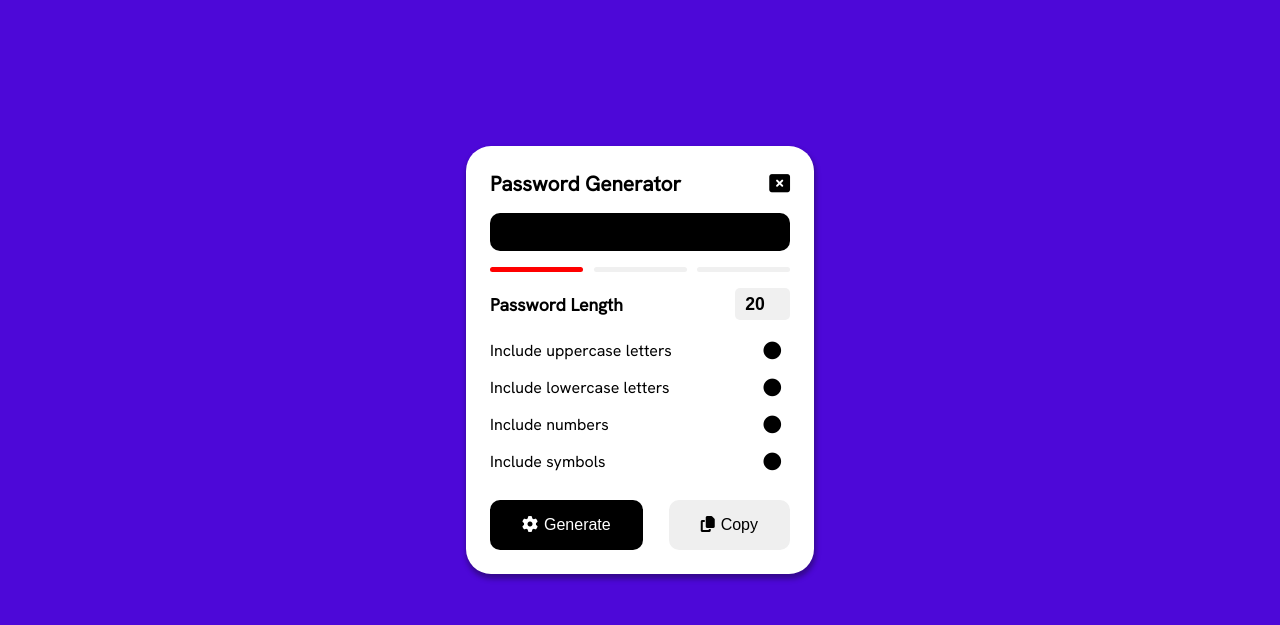
Repository: emiliaiwu/password_generator
Page: index.html
These files come from the project's save history. The page is drawn as it stood at one moment and after the next save; the edit follows.
The browser window is 1280 px wide. The pictures show the whole page.
Some web libraries are served in a nearby version.

Above is the page before, as saved 2022-12-17 21:15:04.

After the next save:
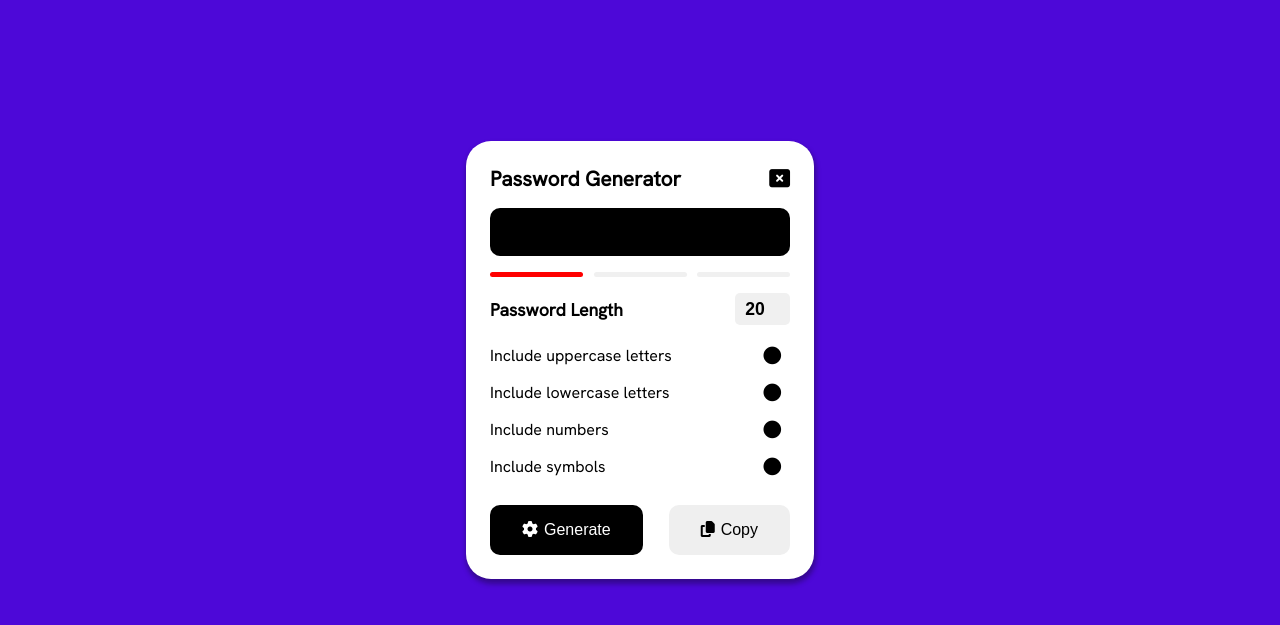
Saved 15 s later.
--- a/style.css
+++ b/style.css
@@ -76,7 +76,7 @@ label,
 /* DISPLAY PASSWORD */
 
 .display_password {
-    padding: 1.2rem 1.4rem;
+    padding: 1.5rem 1.4rem;
     width: 300px;
     border-radius: 10px;
     background: var(--BG-COLOR2);
